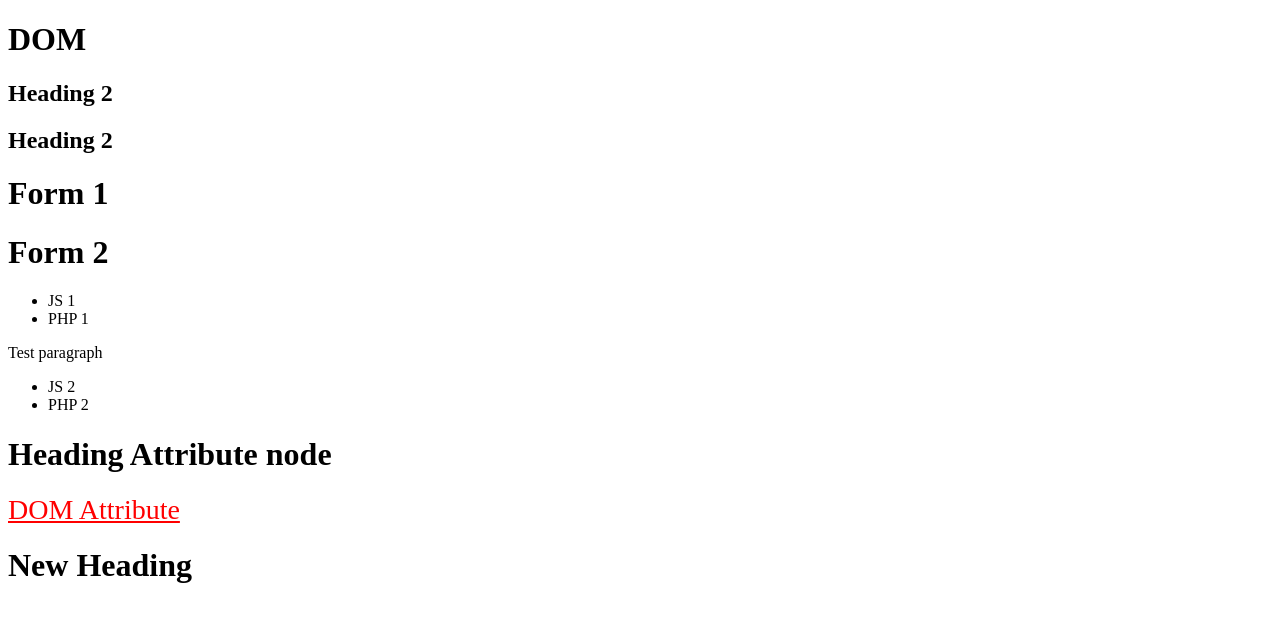
Repository: tannv3201/learn_JS_F8
Page: DOM/index.html
The author's editor kept a copy of each file at every save. The page is drawn from the files as they stood at one save, then again after the next save.
The browser window is 1280 px wide. The pictures show the whole page.

Above is the page before, as saved 2022-08-06 22:55:06.

### DOM/index.html
<!DOCTYPE html>
<html lang="en">

<head>
  <meta charset="UTF-8" />
  <meta http-equiv="X-UA-Compatible" content="IE=edge" />
  <meta name="viewport" content="width=device-width, initial-scale=1.0" />
  <title>DOM</title>
</head>

<body>
  <h1 id="heading">DOM</h1>
  <h2 class="sub-heading"></h2>
  <h2 class="sub-heading"></h2>
  <h2 class="sub-heading"></h2>
  <p></p>
  <p></p>
  <div class="box">
    <h2 class="heading-2">Heading 2</h2>
    <h2 class="heading-2">Heading 2</h2>
  </div>

  <form action="" id="form1">
    <h1>Form 1</h1>
  </form>
  <form action="" id="form2">
    <h1>Form 2</h1>
  </form>

  <a href="" name="youtube"></a>

  <div class="box-1">
    <ul>
      <li>JS 1</li>
      <li>PHP 1</li>
    </ul>
    <p>Test paragraph</p>
  </div>
  <div class="box-2">
    <ul>
      <li>JS 2</li>
      <li>PHP 2</li>
    </ul>
  </div>

  <div class="box-attr">
    <h1 id="heading-attr" class="heading-attr" title="Heading">
      Heading Attribute node
    </h1>
  </div>

  <a id="dom-attr">
    DOM Attribute
  </a>

  <h1 class="heading-innertext">
    innerText
    <style>
      .boxx {
        width: 100px;
        height: 100px;
      }
    </style>
  </h1>

  <script src="./main.js"></script>
</body>

</html>

### DOM/main.js
/**
 * DOM:
  Là quy chuẩn mô tả mô hình của các thành phần trong tài liệu HTML được đưa ra bởi W3C.
 - DOM (Document Object Model) có 3 thành phần:
    1. Element
    2. Attribute
    3. Text
 */

/**
 * DOM API
 Là bộ API nằm trong Web API có mặt trên những môi trường hỗ trợ duyệt web - như trên trình duyệt. DOM API cung cấp các đối tượng và phương thức hỗ trợ truy xuất, chỉnh sửa các đối tượng / thành phần trong DOM.
 */

/**
 * JS cung cấp phương tiện truy xuất HTML DOM
 * JS: Brower | Server (NodeJS)
 * Brower: HTML -> DOM -> DOM API
 * API: Application Programming Interface
 */

/**
 * Document object
 */

// Get element methods
// ID
// var headingNode = document.getElementById('heading')
// console.log(headingNode)

// query selector
var headingNode = document.querySelector('.box .heading-2:nth-child(2)')
console.log('querySelector', headingNode)

var headingNodes = document.querySelectorAll('.heading-2')
console.log('querySelectorAll', headingNodes)
console.log('querySelectorAll[]',headingNodes[0])

// Collection (a, form, images, ...)
console.log('document.forms[\'form1\']',document.forms['form1'])
console.log('document.forms',document.forms)
console.log('document.forms.form2', document.forms.form2)
console.log('document.anchors',document.anchors) // trả về các thẻ a có attribute name=""


// class: lấy ra số nhiều (mảng)
var subHeadingNodes = document.getElementsByClassName('sub-heading')
console.log('getElementsByClassName', subHeadingNodes)

// tag : tương tự như class
var tagName = document.getElementsByTagName('p')
console.log(tagName)


// Ví dụ
var boxNode =
    document.querySelector('.box-1');
// Công việc 1: sử dụng `boxNode`
console.log(boxNode)

// Công việc 2: sử dụng tới các li element là con của `.box-1`
console.log(boxNode.querySelectorAll('li'))
console.log(boxNode.querySelector('p'))

// 1. getElementById: trả về trực tiếp Element
// 2. getElementsByClassName: trả về HTMLCollection (mảng), muốn get Element phải dùng index []
console.log('querySelectorAll[]',headingNodes[0])
// 3. getElementsByTagName: trả về HTMLCollection (mảng)
// 4. querySelector: trả về trực tiếp Element
// 5. querySelectorAll: trả về NodeList
// 6. HTML Collection (form, a, images, ...)
console.log('document.forms',document.forms)
console.log('document.forms[\'form1\']',document.forms['form1'])
console.log('document.forms[O]',document.forms[0])
console.log('document.forms.form2', document.forms.form2)

// 7. document.write: in ra ngay sau khi được thực thi

//*******************************************************************

// Attribute node & Text node
// Được lấy ra từ node Element

// ******************************************************************
// DOM attributes

// seter: set giá trị bằng toán tử gán
var domAttr = document.querySelector('#dom-attr')
domAttr.title = 'heading' //chỉ xuất hiện khi js được thực thi
domAttr.className = 'className'
domAttr.href = '#'
console.log(domAttr)

// Set attribute không hợp lệ cho một Element nào đó (set tùy biến)
// setAttribute(tên attr, giá trị của attr)
domAttr.setAttribute('alt', '#')

// get value của attribute
// Được thêm HTML hay JS element tồn tại trong DOM -> đều có thể get được
//
console.log(domAttr.getAttribute('id'))
console.log(domAttr.getAttribute('title'))
console.log(domAttr.title) // chỉ dùng khi attribute hợp lệ
domAttr.setAttribute('style','font-size:28px; color:red;')


// *****************************************************************
// InnerText vs textContent Property

// innerText
// Chỉ lấy ra text trong Element
var headingElement = document.querySelector('.heading-innertext')
console.log('inner Text: ',headingElement.innerText)
headingElement.innerText = 'New Heading'

// textContent
// Bỏ qua các tag nhưng vẫn Lấy ra khoảng cách thực sự của Element, kể cả là css
console.log('text Content: ',headingElement.textContent)

After the next save:
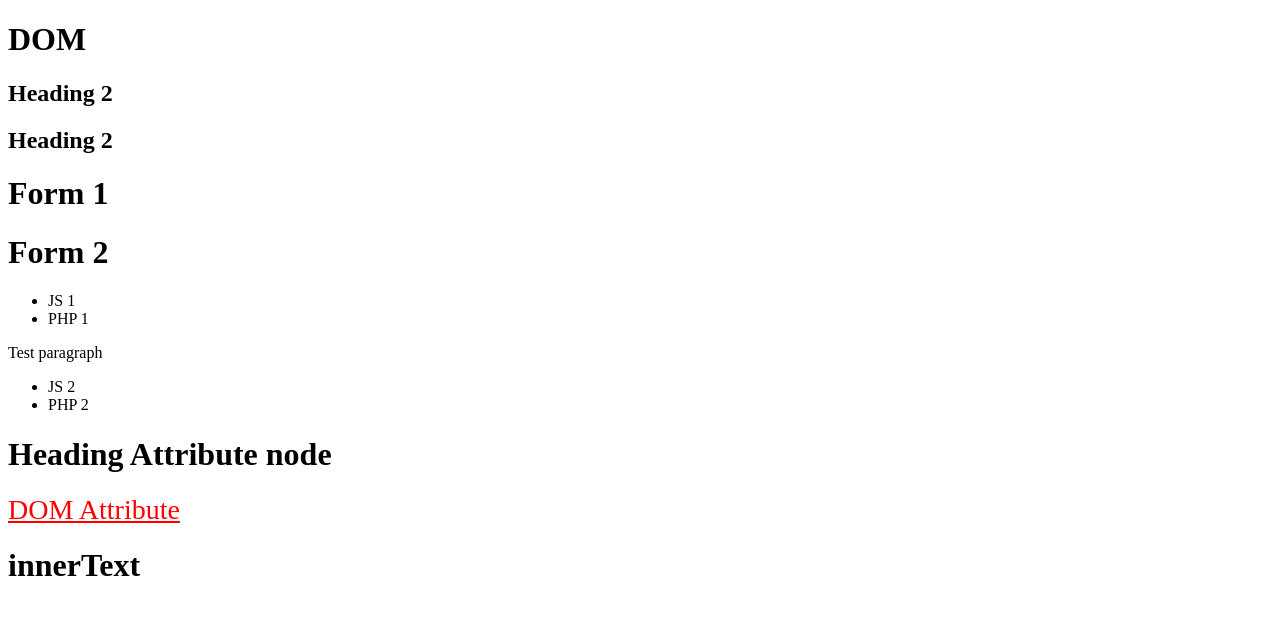
Saved 11 s later.
--- a/DOM/main.js
+++ b/DOM/main.js
@@ -111,7 +111,7 @@ domAttr.setAttribute('style','font-size:28px; color:red;')
 // Chỉ lấy ra text trong Element
 var headingElement = document.querySelector('.heading-innertext')
 console.log('inner Text: ',headingElement.innerText)
-headingElement.innerText = 'New Heading'
+// headingElement.innerText = 'New Heading'
 
 // textContent
 // Bỏ qua các tag nhưng vẫn Lấy ra khoảng cách thực sự của Element, kể cả là css
